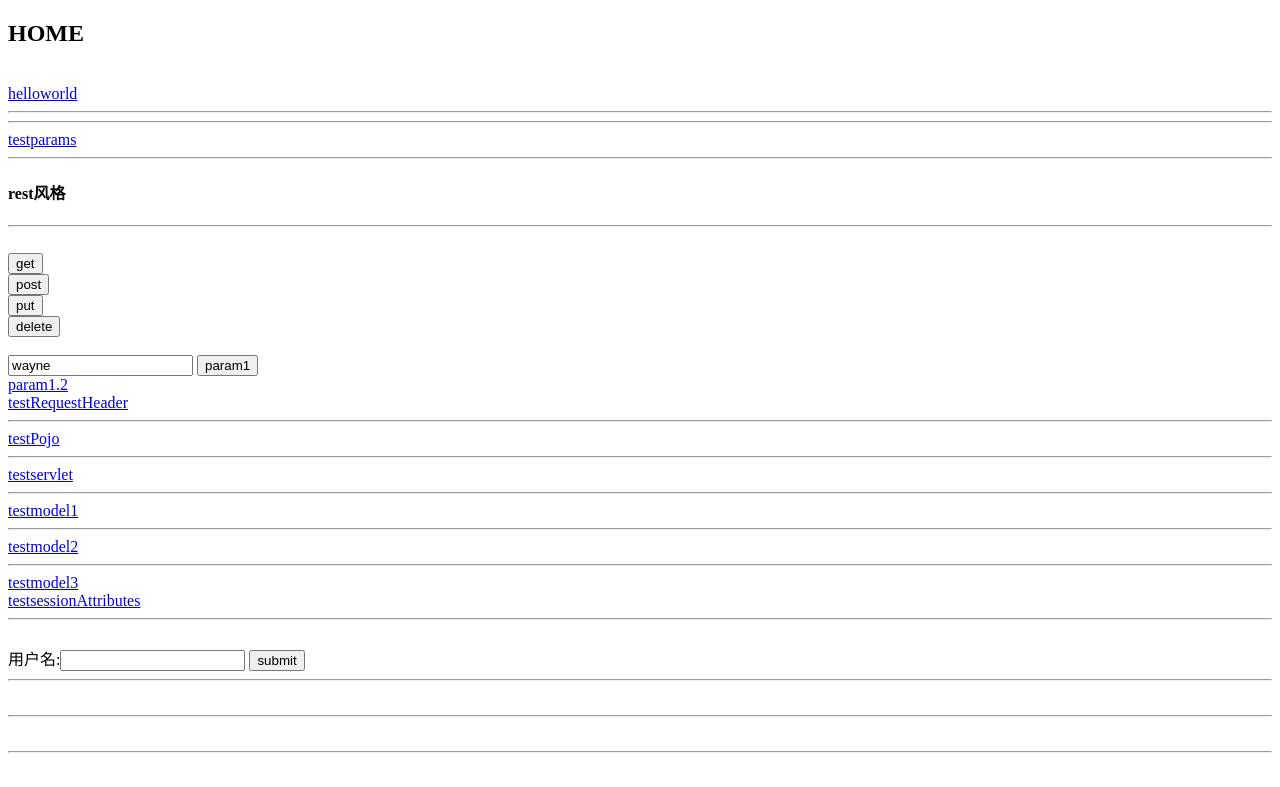
Repository: weiqilin66/workSpaceXD
Page: http://localhost/springmvc-1/
These files come from the project's save history. The page is drawn as it stood at one moment and after the next save; the edit follows.
The browser window is 1280 px wide. The pictures show the whole page.
The page is served by Tomcat 9. Other server files are loaded and not shown.

Above is the page before, as saved 2019-09-24 08:03:48.

### workspace/eclipseworkspace/ws01-study/springmvc-1/WebContent/index.jsp
<%@ page language="java" contentType="text/html; charset=utf-8"
    pageEncoding="UTF-8"%>
<!DOCTYPE html>
<html>
<head>
<meta charset="ISO-8859-1">
<title>Insert title here</title>
</head>
<body>
<h2>HOME</h2>
<br>
<a href="helloworld"> helloworld</a>
<hr>
<hr>
<a href="test/params?username=joy&age=11"> testparams</a>
<hr>
<h4>rest风格</h4>
<hr>
<br>
<form action="rest/1" method="get">
<input type="submit" value="get">
</form>
<form action="rest" method="post">
<input type="submit" value="post">
</form>
<form action="rest/3" method="post">
<input  type="hidden" name="_method" value="put">
<input type="submit" value="put">
</form>
<form action="rest/4" method="post">
<input  type="hidden" name="_method" value="delete">
<input type="submit" value="delete">
</form>
<br>
<form action="param1">
<input type="text" value="wayne" name="username">
<input type="submit" value="param1">
</form>
<a href="param1"> param1.2</a>

<br>
<a href="testRequestHeader"> testRequestHeader</a>
<br>
<hr>
<a href="pojo?username=joy&password=123&address.city=fujian"> testPojo</a>
<br>
<hr>
<a href="servlet"> testservlet</a>

<br>
<hr>
<a href="model1"> testmodel1</a>
<br>
<hr>
<a href="model2"> testmodel2</a>
<br>
<hr>
<a href="model3"> testmodel3</a>
<br>
<a href="sessionAttributes"> testsessionAttributes</a>
<hr>
<br>
<form action="testModelAttributes">
<input type="hidden" name="id" value="1">
用户名:<input name="username" type="text">
<input type="submit" value="submit">
</form>
<hr>
<br>
<hr>
<br>
<hr>
<br>
</body>
</html>

After the next save:
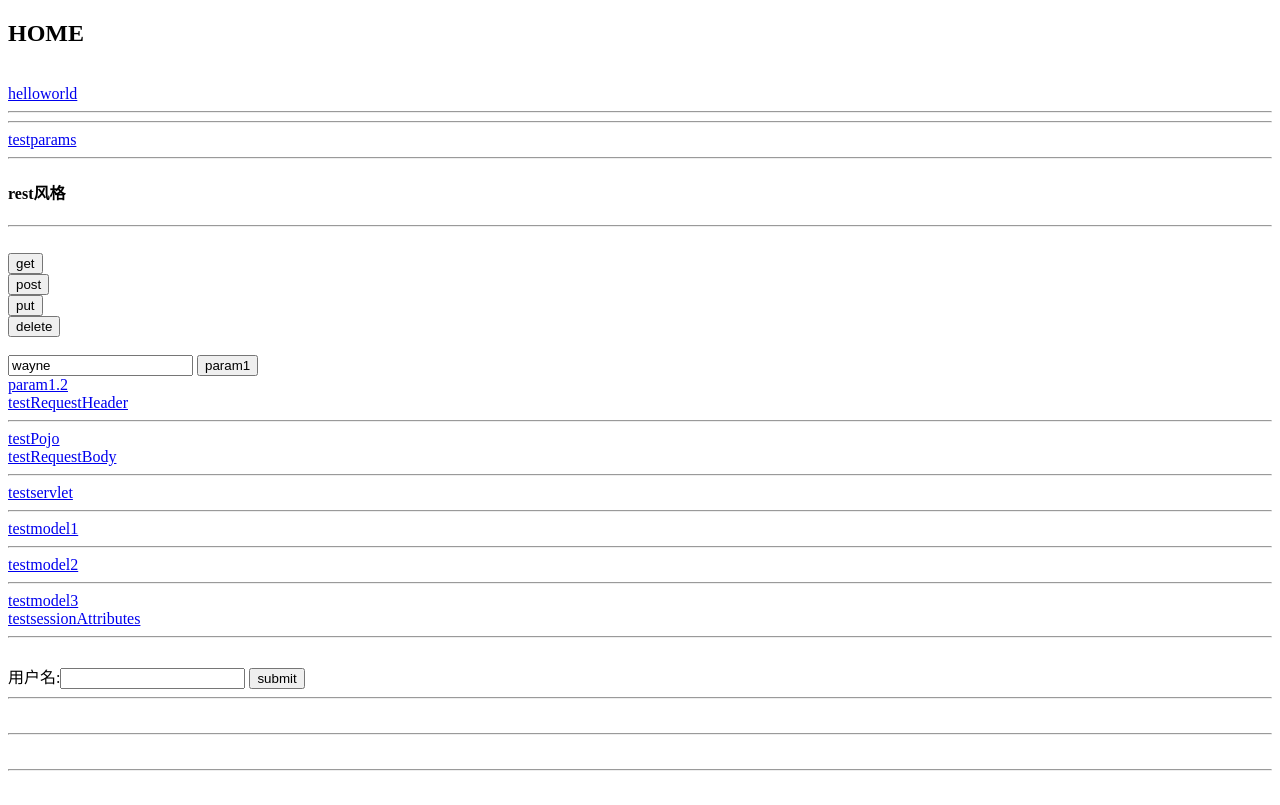
Saved 52 s later.
--- a/workspace/eclipseworkspace/ws01-study/springmvc-1/WebContent/index.jsp
+++ b/workspace/eclipseworkspace/ws01-study/springmvc-1/WebContent/index.jsp
@@ -44,6 +44,7 @@
 <hr>
 <a href="pojo?username=joy&password=123&address.city=fujian"> testPojo</a>
 <br>
+<a href="testRequestBody?username=wayne&password=18">testRequestBody</a>
 <hr>
 <a href="servlet"> testservlet</a>
 

After the save that followed:
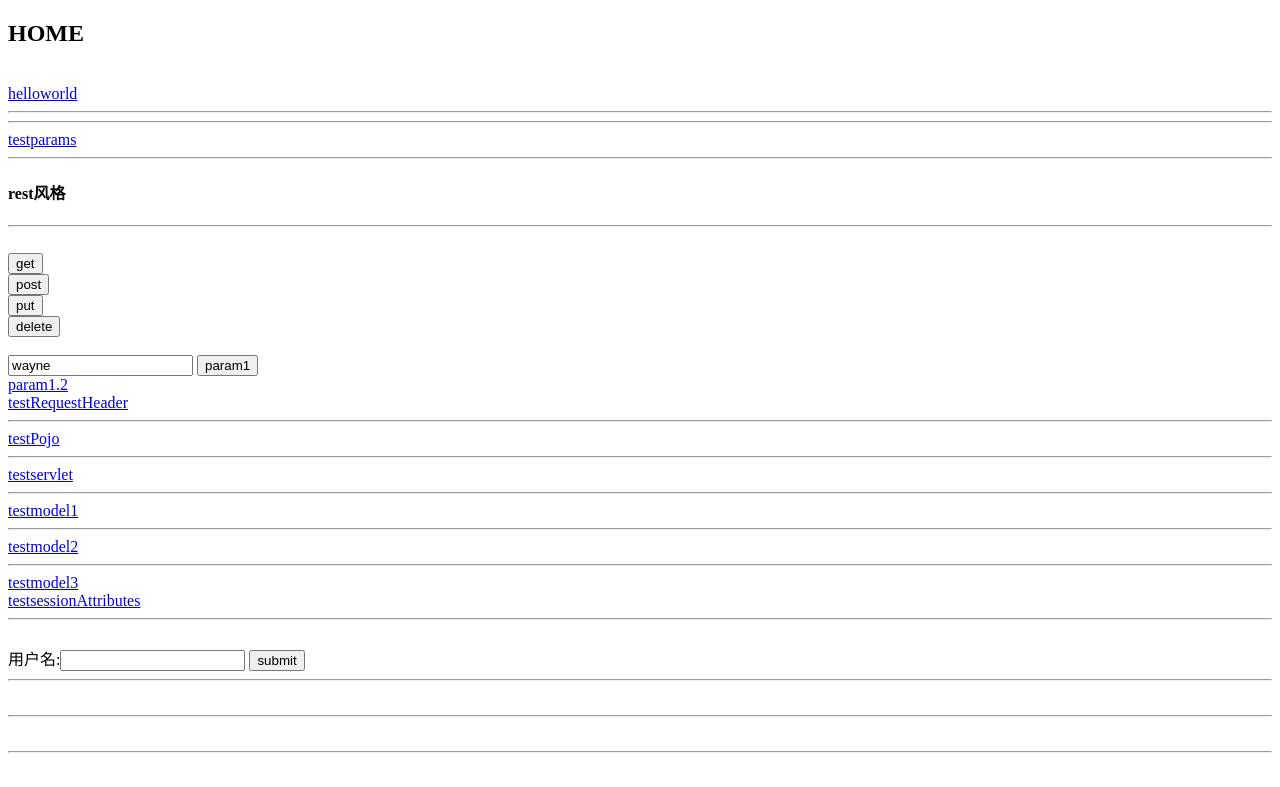
Saved 2 min 5 s later.
--- a/workspace/eclipseworkspace/ws01-study/springmvc-1/WebContent/index.jsp
+++ b/workspace/eclipseworkspace/ws01-study/springmvc-1/WebContent/index.jsp
@@ -44,7 +44,7 @@
 <hr>
 <a href="pojo?username=joy&password=123&address.city=fujian"> testPojo</a>
 <br>
-<a href="testRequestBody?username=wayne&password=18">testRequestBody</a>
+
 <hr>
 <a href="servlet"> testservlet</a>
 
